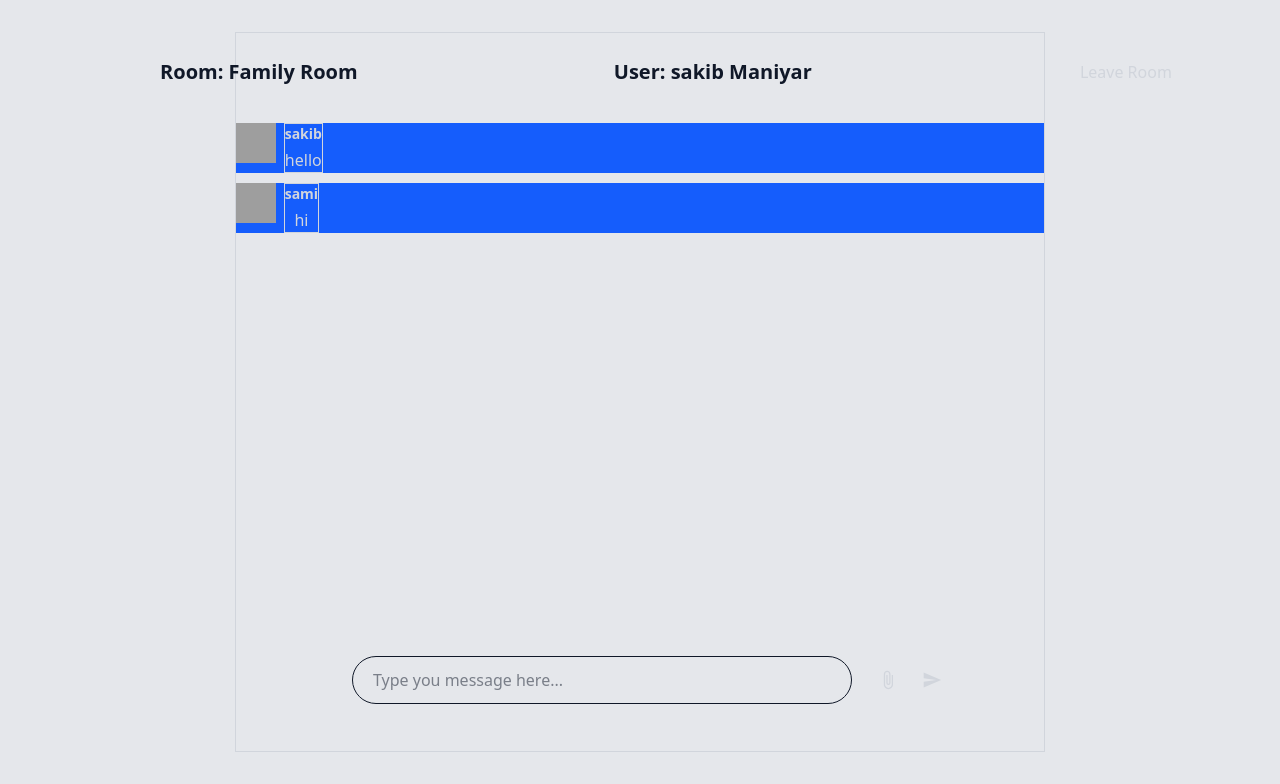
Repository: Saquib45/ChatApplication
Page: /chat (app in front-chat/)
The author's editor kept a copy of each file at every save. The page is drawn from the files as they stood at one save, then again after a run of saves.
The browser window is 1280 px wide. The pictures show the whole page.
Pictures or frames that could not be fetched are drawn as grey boxes. The project was rebuilt for these pictures with package versions that can differ from the ones it lists, and the page was loaded fresh each time. Also part of the build but not shown: front-chat/vite.config.js, front-chat/src/components/JoinCreateChat.jsx, front-chat/src/App.jsx.

Above is the page before, as saved 2025-04-12 22:03:24.

After the next 4 saves:
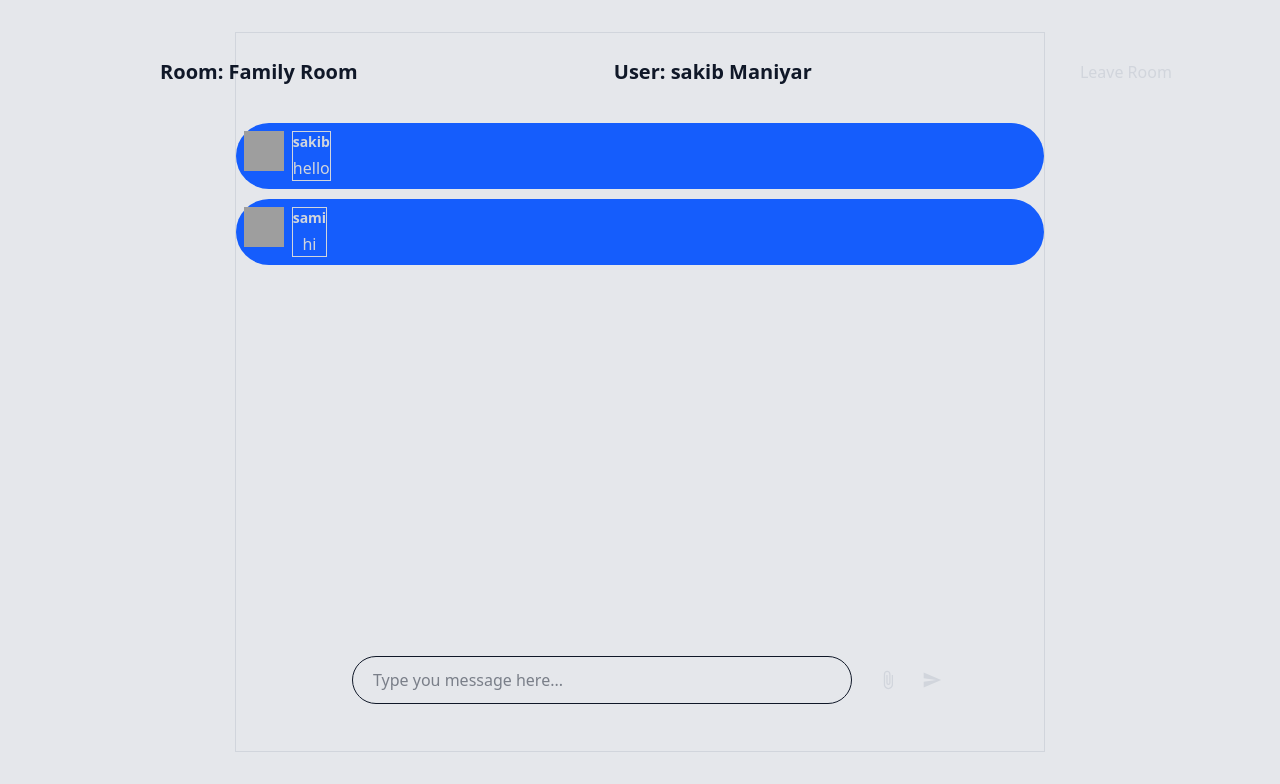
The 4 saves are shown as one change because they came seconds apart.
The last was saved 33 s later.
--- a/front-chat/src/components/ChatPage.jsx
+++ b/front-chat/src/components/ChatPage.jsx
@@ -39,7 +39,7 @@ function ChatPage() {
             <main className="py-20 border w-2/3 dark:bg-slate-600 text-gray-300  mx-auto h-screen overflow-auto">
                 {
                     messages.map((message,index)=>(
-                        <div key={index} className="my-2.5 bg-blue-600">
+                        <div key={index} className="my-2.5 bg-blue-600 p-2 rounded-full">
                             <div className="flex flex-row gap-2">
                                 <img className="h-10 w-10" src="https://avatar.iran.liara.run/public/43" alt="" />
                                 <div className="border flex flex-col gap-1">
